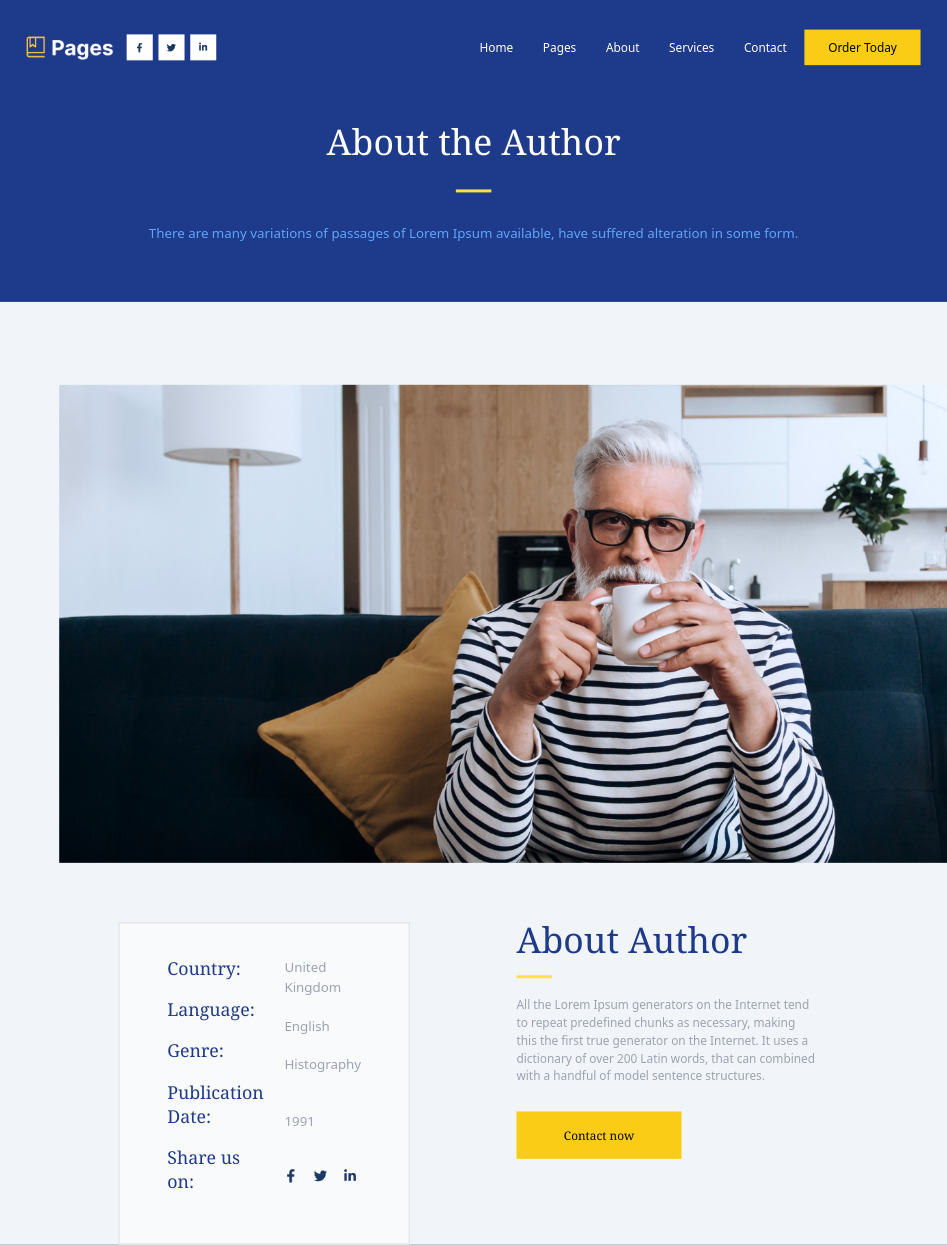
Repository: Godnorg/Class3
Page: index.html
These files come from the project's save history. The page is drawn as it stood at one moment and after the next save; the edit follows.
The browser window is 1280 px wide. The pictures show the whole page, at 74% of full size.
Some web libraries are served in a nearby version.

Above is the page before, as saved 2023-02-20 03:47:59.

After the next save:
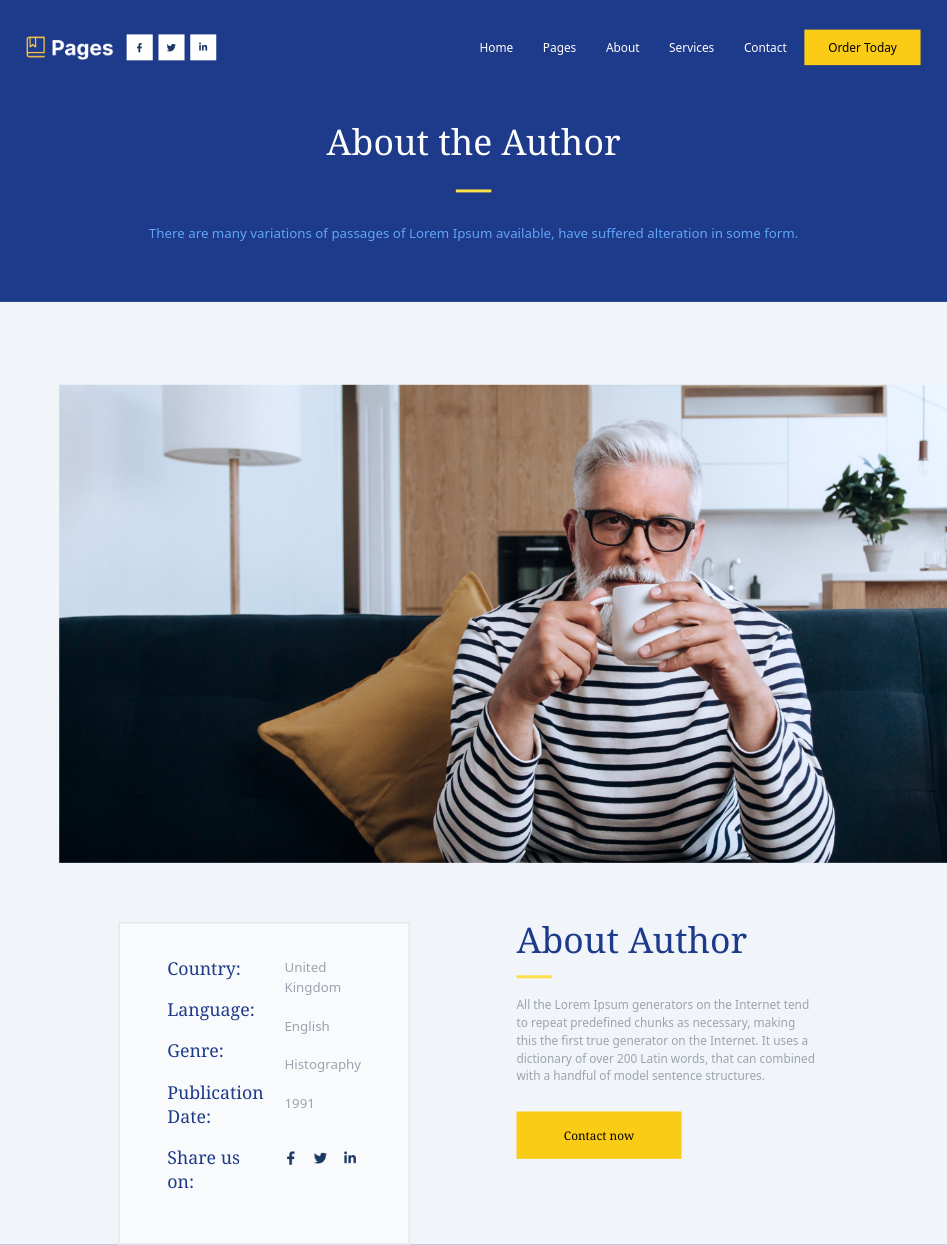
Saved 9 s later.
--- a/index.html
+++ b/index.html
@@ -50,7 +50,7 @@
                 <p class="pb-6 pr-0 text-lg text-gray-400 pl-7">United Kingdom</p>
                 <p class="pb-6 pr-0 text-lg text-gray-400 pl-7">English</p>
                 <p class="pb-6 pr-0 text-lg text-gray-400 pl-7">Histography</p>
-                <p class="pb-6 pr-0 mt-6 text-lg text-gray-400 pl-7">1991</p>
+                <p class="pb-6 pr-0 text-lg text-gray-400 pl-7">1991</p>
                 <img src="./socialmedia.png" class="pr-0 pb-7 pt-7 pl-7">
                 </div>
             </div>
